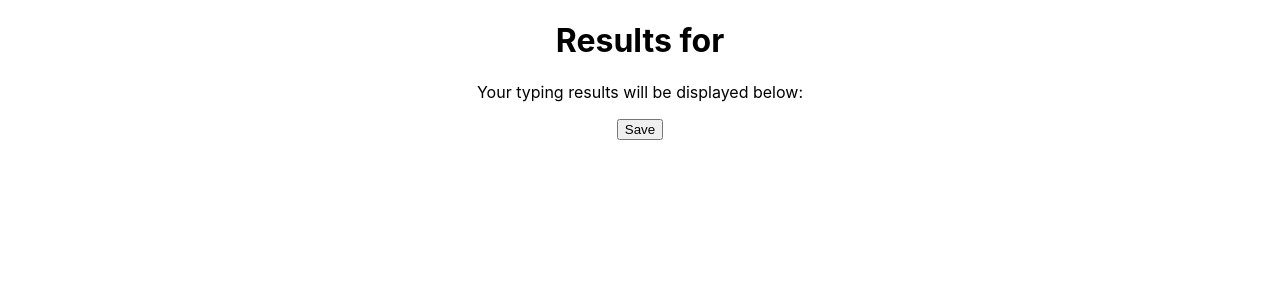
Repository: abhaysharma20233009/swiftKey
Page: /results (app in frontend/my-app/)
These files come from the project's save history. The page is drawn as it stood at one moment and after a run of saves; the edit follows.
The browser window is 1280 px wide. The pictures show the whole page.
The page's requests for data from a server got no answer. The project was rebuilt for these pictures with package versions that can differ from the ones it lists, and the page was loaded fresh each time. No one was signed in, and anything a server would have sent is missing. Also part of the build but not shown: frontend/my-app/src/Swifts.js, frontend/my-app/src/Login.js.

Above is the page before, as saved 2024-10-10 14:10:19.

### frontend/my-app/src/App.js
//App.js

import './App.css';
import React from 'react';
import { BrowserRouter as Router, Route, Routes } from 'react-router-dom';
import Swift from './Swifts';
import Results from './Results';
import Login from './Login';
const App = () => {
    return (
        <Router>
			<div className="App">
            <Routes>
                <Route path="/" element={<Swift />} />
                <Route path="/results" element={<Results />} />
                <Route path="/login" element={<Login />} />
            </Routes>
			</div>
        </Router>
    );
};

export default App;

### frontend/my-app/src/Results.js
import React, { useState, useEffect } from 'react';
import { useLocation } from 'react-router-dom';

function Results() {
    const [info, setInfo] = useState([]);
    const location = useLocation();
    const word_typed = location.state?.currentWordIndex || 0; // Get currentWordIndex from state
    const username = location.state?.username || '';

    const fetchUser = async () => {
        try {
            const response = await fetch('http://localhost:7000/update_info');
            const data = await response.json();
            // Filter data for the specific user
            const userData = data.filter((msg) => msg.username === username);
            setInfo(userData);
        } catch (error) {
            console.error('Error fetching info:', error);
        }
    };

    const fun = async () => {
        try {
            const response = await fetch('http://localhost:7000/check-user', {
                method: 'POST',
                headers: {
                    'Content-Type': 'application/json',
                },
                body: JSON.stringify({ username }),
            });

            if (response.ok) {
                try {
                    await fetch('http://localhost:7000/update_info', {
                        method: 'POST',
                        headers: {
                            'Content-Type': 'application/json',
                        },
                        body: JSON.stringify({ username, word_typed }),
                    });
                    await fetchUser(); // Fetch updated user data
                } catch (error) {
                    console.error(error);
                }
            }
        } catch (error) {
            console.error('Error checking user:', error);
        }
    };

    // Fetch user data on component mount
    useEffect(() => {
        fetchUser();
    }, []);

    return (
        <div style={{ textAlign: 'center', marginTop: '20px' }}>
            <h1>Results for {username}</h1> {/* Display username here */}
            <p>Your typing results will be displayed below:</p>
            <ul>
                {info.map((msg) => (
                    msg.word_typed.map((word, index) => (
                        <li key={`${msg._id}-${index}`}>
                            <strong>{word}</strong> {/* Display each word typed on a new line */}
                        </li>
                    ))
                ))}
            </ul>
            <button onClick={fun}>Save</button>
        </div>
    );
}

export default Results;

Loaded but not shown: frontend/my-app/public/index.html (common file); frontend/my-app/src/index.js (common file); frontend/my-app/src/index.css (common file); frontend/my-app/src/reportWebVitals.js (common file); frontend/my-app/src/App.css (common file)

After the next 2 saves:
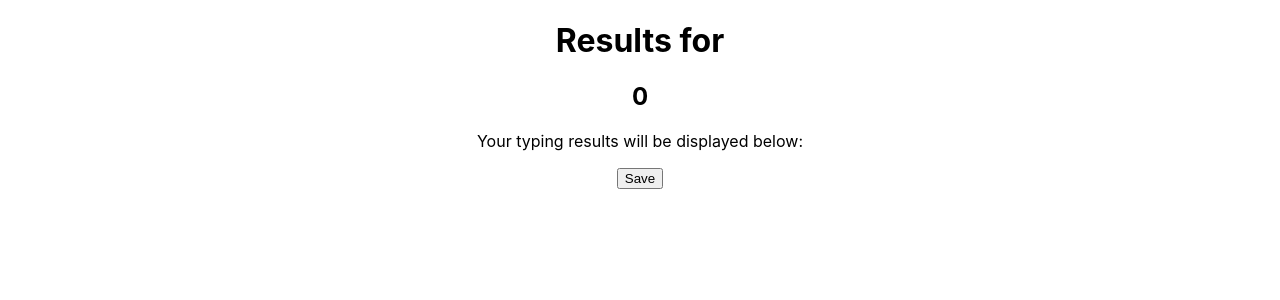
The 2 saves are shown as one change because 1 did not build or start.
The last was saved 58 s later.
--- a/frontend/my-app/src/Results.js
+++ b/frontend/my-app/src/Results.js
@@ -56,6 +56,7 @@ function Results() {
     return (
         <div style={{ textAlign: 'center', marginTop: '20px' }}>
             <h1>Results for {username}</h1> {/* Display username here */}
+            <h2>{word_typed}</h2>
             <p>Your typing results will be displayed below:</p>
             <ul>
                 {info.map((msg) => (
